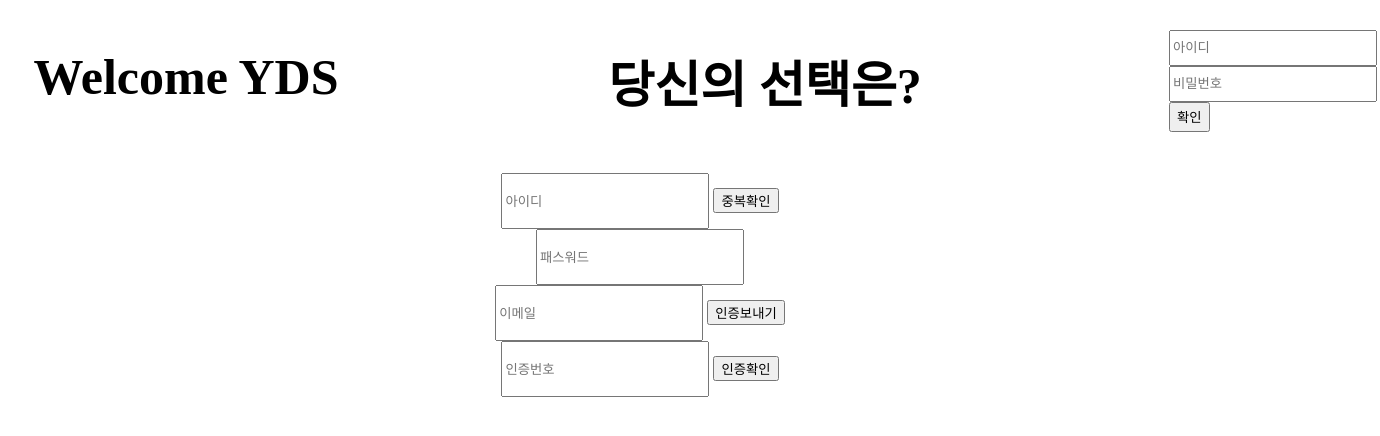
Repository: ejrtn/springbootMaven
Page: deoksu/src/main/resources/static/join.html
An editor plug-in stored every save of this project. The page is shown before and after the next save, followed by the edit.
The browser window is 1280 px wide. The page is 1380 px wide, so the pictures cover 1380 px, including what lies to the right of the window. The pictures show the whole page.

Above is the page before, as saved 2021-04-10 13:15:20.

### deoksu/src/main/resources/static/join.html
<!DOCTYPE html>
<html>
<head>
<meta charset="UTF-8">
<title>Insert title here</title>
<script src="http://code.jquery.com/jquery-latest.min.js"></script>
<script type="text/javascript">
function chkPW(){

 	var pw = $("#password").val();
 	var num = pw.search(/[0-9]/g);
 	var eng = pw.search(/[a-z]/ig);
 	var spe = pw.search(/[`~!@@#$%^&*|₩₩₩'₩";:₩/?]/gi);

 	if(pw.length < 8 || pw.length > 20){
  		alert("8자리 ~ 20자리 이내로 입력해주세요.");
  		return false;
 	}else if(pw.search(/\s/) != -1){
  		alert("비밀번호는 공백 없이 입력해주세요.");
  		return false;
 	}else if(num < 0 || eng < 0 || spe < 0 ){
  		alert("영문,숫자, 특수문자를 혼합하여 입력해주세요.");
  		return false;
 	}else {
    	return true;
	}

}
</script>
</head>
<body>
	<div align="center">
		<table>
			<tr>
				<td>
					<h1 align="center" style="font-size: 50px; width: 350px; height:66px;">Welcome YDS</h1>
				</td>
				<td>
					<h1 align="center"  style="font-size: 50px; width: 400px; margin-left: 200px; margin-right: 200px;">당신의 선택은?</h1>
				</td>
				<td>
					<input type="text" placeholder="아이디" style="height: 30px; width: 200px;">
					<input type="password" placeholder="비밀번호" style="height: 30px; width: 200px;">
					<input type="button" value="확인" style="height: 30px;">
				</td>
			</tr>
		</table>
	</div>
	<div align="center" style="margin-top: 20px;">
		<input type="text" placeholder="아이디" style="width: 200px; height: 50px;">
		<input type="button" value="중복확인"><br>
		<input type="password" placeholder="패스워드" style="width: 200px; height: 50px;"><br>
		<input type="email" placeholder="이메일" style="width: 200px; height: 50px;">
		<input type="button" value="인증보내기"><br>
		<input type="text" placeholder="인증번호" style="width: 200px; height: 50px;">
		<input type="button" value="인증확인">
	</div>
</body>
</html>

After the next save:
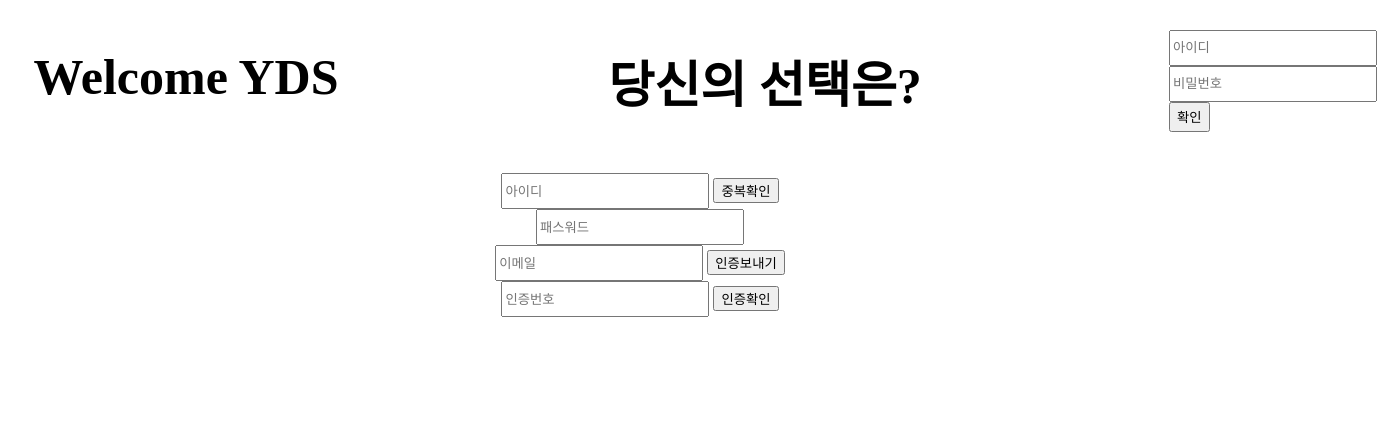
Saved 9 s later.
--- a/deoksu/src/main/resources/static/join.html
+++ b/deoksu/src/main/resources/static/join.html
@@ -47,12 +47,12 @@
 		</table>
 	</div>
 	<div align="center" style="margin-top: 20px;">
-		<input type="text" placeholder="아이디" style="width: 200px; height: 50px;">
+		<input type="text" placeholder="아이디" style="width: 200px; height: 30px;">
 		<input type="button" value="중복확인"><br>
-		<input type="password" placeholder="패스워드" style="width: 200px; height: 50px;"><br>
-		<input type="email" placeholder="이메일" style="width: 200px; height: 50px;">
+		<input type="password" placeholder="패스워드" style="width: 200px; height: 30px;"><br>
+		<input type="email" placeholder="이메일" style="width: 200px; height: 30px;">
 		<input type="button" value="인증보내기"><br>
-		<input type="text" placeholder="인증번호" style="width: 200px; height: 50px;">
+		<input type="text" placeholder="인증번호" style="width: 200px; height: 30px;">
 		<input type="button" value="인증확인">
 	</div>
 </body>

After the save that followed:
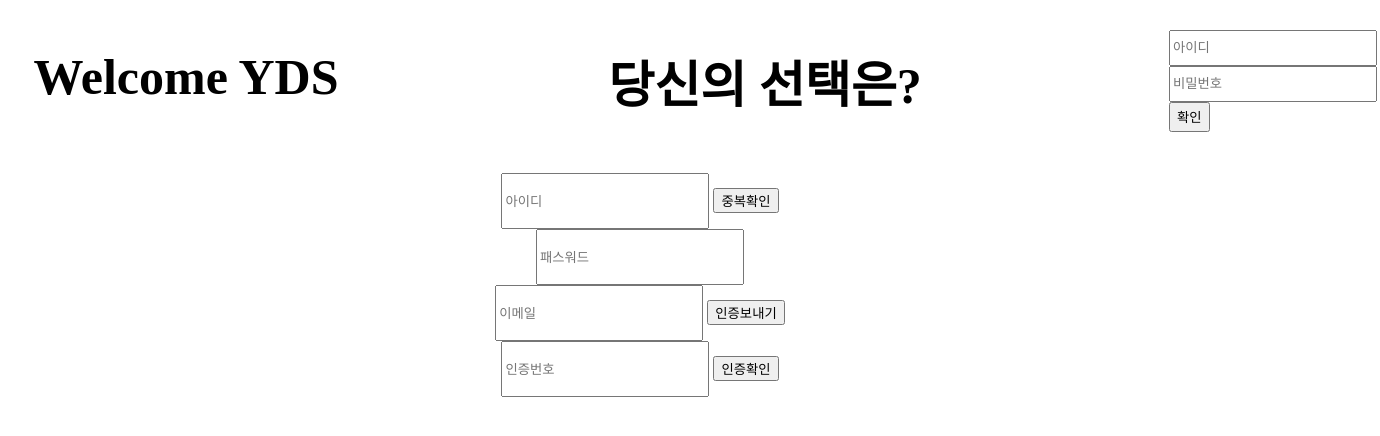
Saved 9 s later.
--- a/deoksu/src/main/resources/static/join.html
+++ b/deoksu/src/main/resources/static/join.html
@@ -47,12 +47,12 @@
 		</table>
 	</div>
 	<div align="center" style="margin-top: 20px;">
-		<input type="text" placeholder="아이디" style="width: 200px; height: 30px;">
+		<input type="text" placeholder="아이디" style="width: 200px; height: 50px;">
 		<input type="button" value="중복확인"><br>
-		<input type="password" placeholder="패스워드" style="width: 200px; height: 30px;"><br>
-		<input type="email" placeholder="이메일" style="width: 200px; height: 30px;">
+		<input type="password" placeholder="패스워드" style="width: 200px; height: 50px;"><br>
+		<input type="email" placeholder="이메일" style="width: 200px; height: 50px;">
 		<input type="button" value="인증보내기"><br>
-		<input type="text" placeholder="인증번호" style="width: 200px; height: 30px;">
+		<input type="text" placeholder="인증번호" style="width: 200px; height: 50px;">
 		<input type="button" value="인증확인">
 	</div>
 </body>
